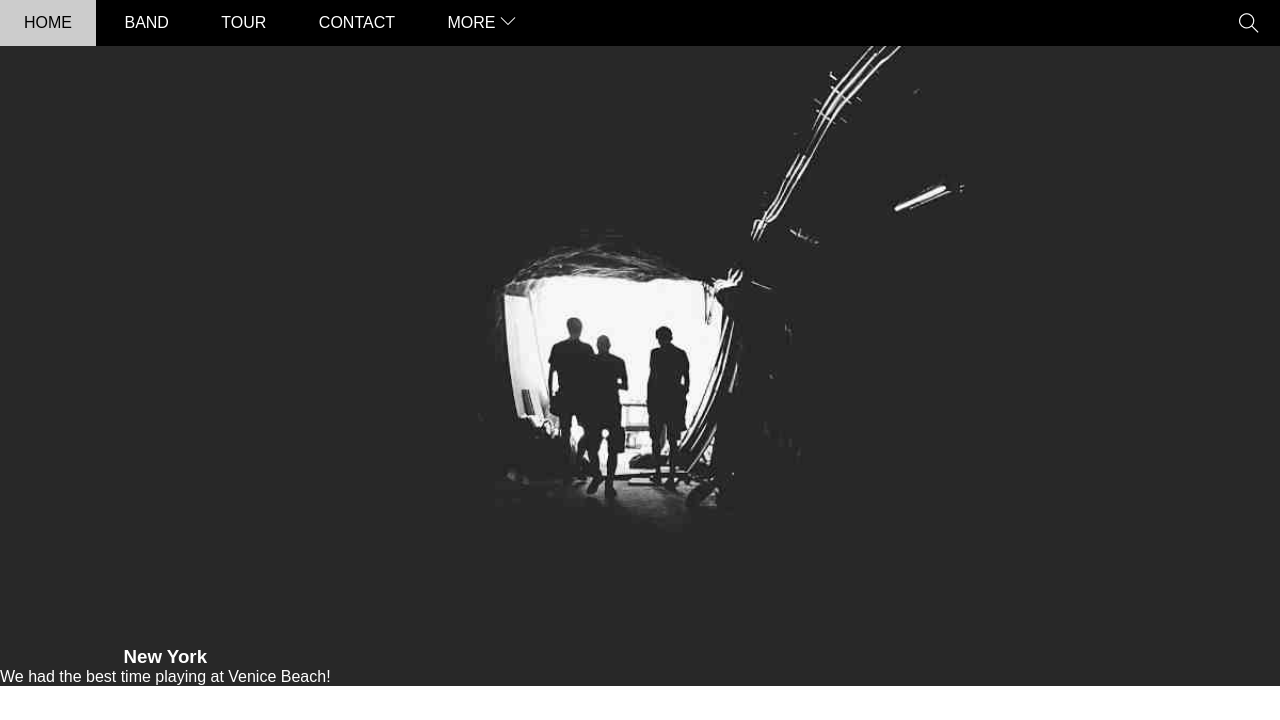
Repository: minhnguyennn/w3_band_music
Page: index.html
An editor plug-in stored every save of this project. The page is shown before and after the next save, followed by the edit.
The browser window is 1280 px wide. The pictures show the whole page.

Above is the page before, as saved 2023-02-18 20:31:14.

After the next save:
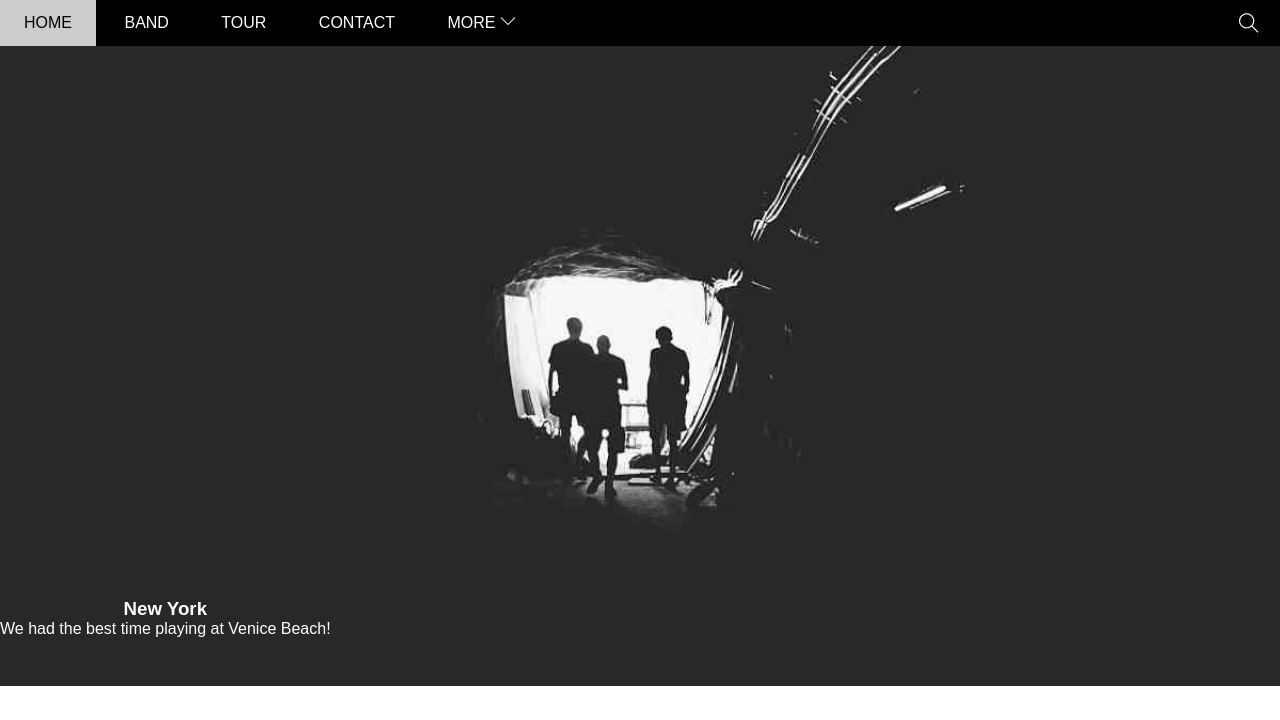
Saved 10 s later.
--- a/assets/css/style.css
+++ b/assets/css/style.css
@@ -109,7 +109,7 @@ html {
 #slider > .text-content {
    position: absolute;
    text-align: center;
-   bottom: 0;
+   bottom: 48px;
    color: #fff;
 
 }
